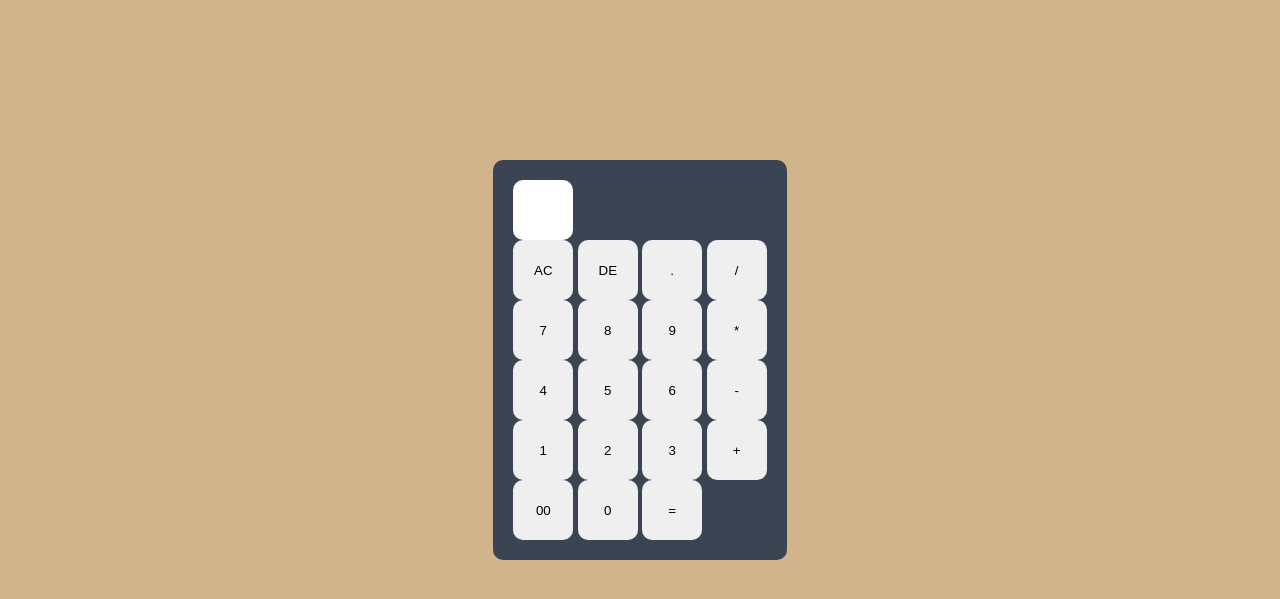
Repository: Anureet23/Calculator
Page: index.html
An editor plug-in stored every save of this project. The page is shown before and after the next save, followed by the edit.
The browser window is 1280 px wide. The pictures show the whole page.

Above is the page before, as saved 2023-02-07 22:53:55.

After the next save:
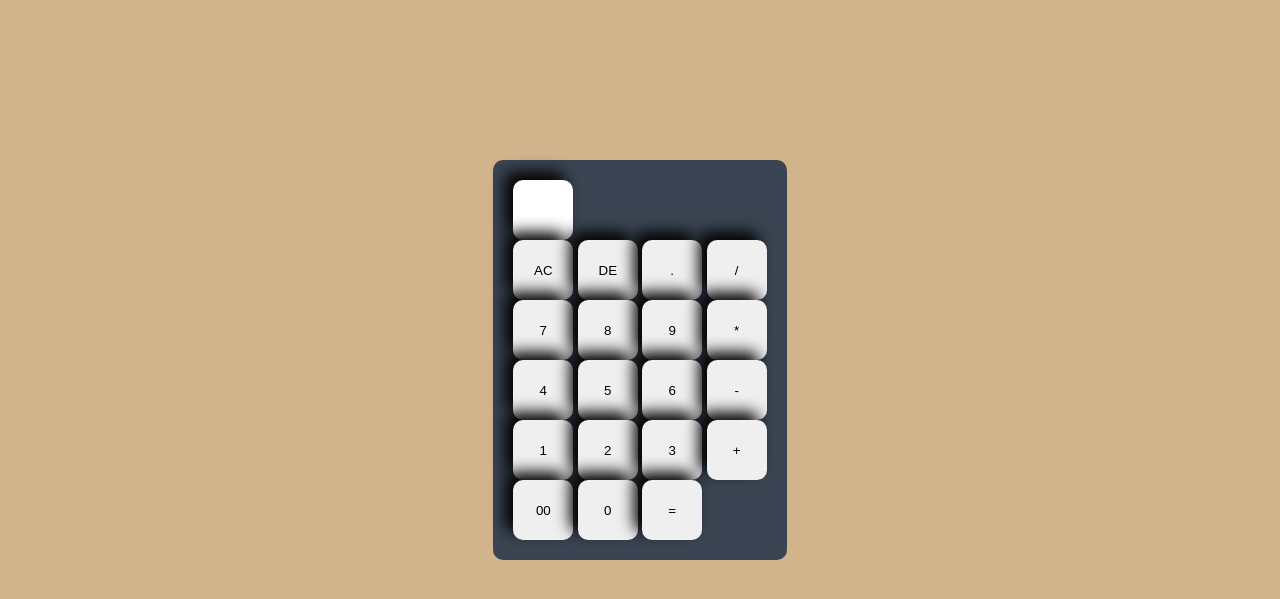
Saved 26 s later.
--- a/style.css
+++ b/style.css
@@ -25,5 +25,5 @@
     width: 60px;
     height: 60px;
     border-radius:10px;
-    box-shadow: -8px - ;
+    box-shadow: -8px -8px 15px ;
 }

After the 2 saves that followed:
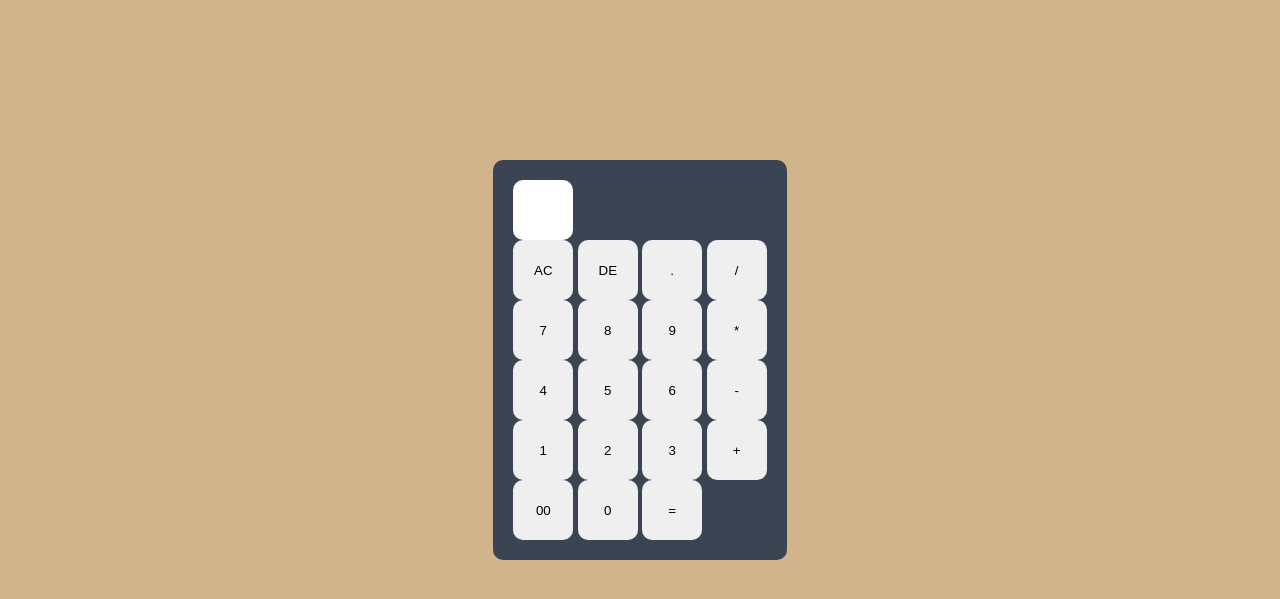
The 2 saves are shown as one change because they came seconds apart.
The last was saved 10 s later.
--- a/style.css
+++ b/style.css
@@ -25,5 +25,5 @@
     width: 60px;
     height: 60px;
     border-radius:10px;
-    box-shadow: -8px -8px 15px ;
+    box-shadow: -8px -8px 15px rgba(255,255,255,) ;
 }
